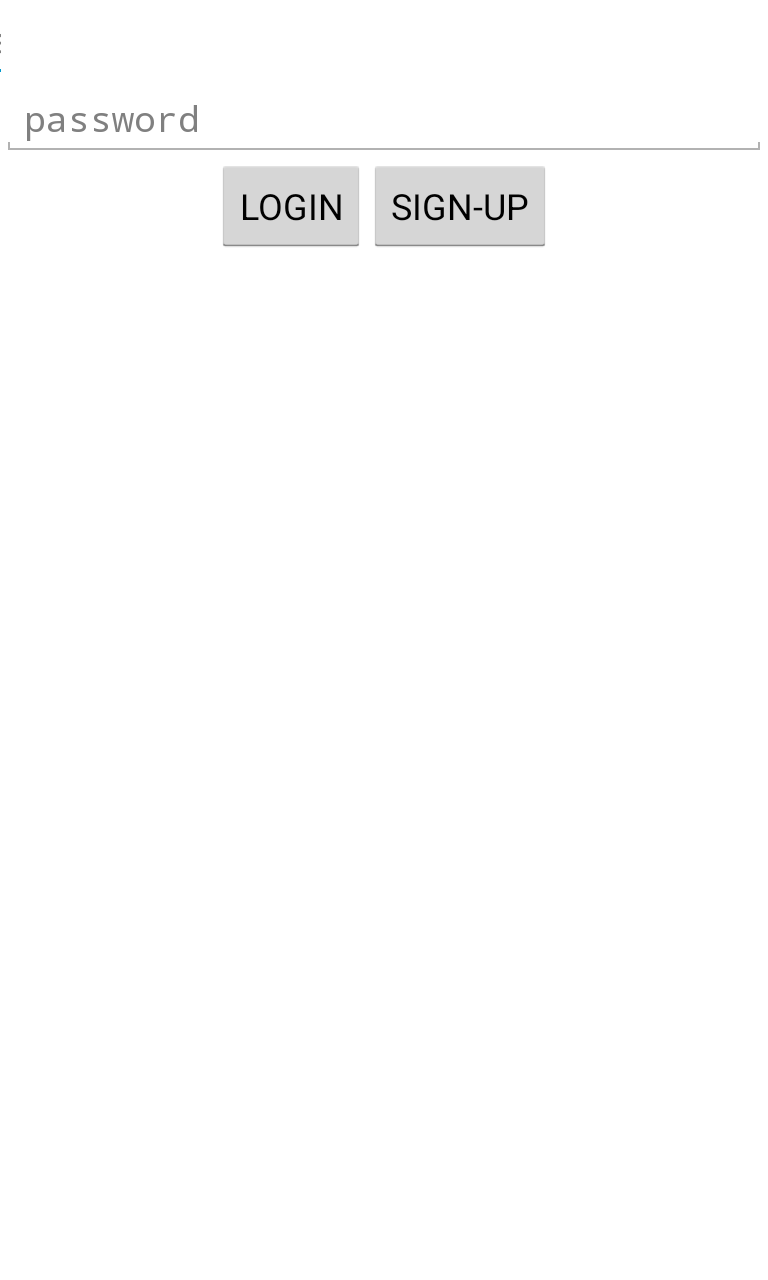
Repository: elvispap/The_Voice_of_People_Android_app
Layout: Voice of People/res/layout/login.xml
The author's editor kept a copy of each file at every save. The layout is drawn from the files as they stood at one save, then again after the next save.
It is drawn on a 768 x 1280 px phone screen (xhdpi) without system bars, with theme AppTheme; the app's code is not run.

Above is the layout before, as saved 2014-01-02 15:55:48.

### Voice of People/res/layout/login.xml
<?xml version="1.0" encoding="utf-8"?>
<LinearLayout xmlns:android="http://schemas.android.com/apk/res/android"
    android:layout_width="match_parent"
    android:layout_height="match_parent"
    android:orientation="vertical" >

    <EditText
        android:id="@+id/email"
        android:layout_width="70%"
        android:layout_height="wrap_content"
        android:ems="10"
        android:hint="email"
        android:inputType="textEmailAddress" >

        <requestFocus />
    </EditText>

    <EditText
        android:id="@+id/password"
        android:layout_width="match_parent"
        android:layout_height="wrap_content"
        android:ems="10"
        android:hint="password"
        android:inputType="textPassword" />

    <LinearLayout
    	    android:orientation="horizontal"
    	    android:layout_width="wrap_content"
       	    android:layout_height="wrap_content"
    	    android:layout_gravity="center">
    	 <Button
	        android:id="@+id/login_button"
	        android:layout_width="wrap_content"
	        android:layout_height="wrap_content"
	        android:text="LOGIN" />

	    <Button
	        android:id="@+id/signup_button"
	        android:layout_width="wrap_content"
	        android:layout_height="wrap_content"
	        android:text="SIGN-UP" />
    </LinearLayout>


</LinearLayout>

Loaded but not shown: Voice of People/res/values/styles.xml (common file); Voice of People/res/values-v11/styles.xml (common file); Voice of People/res/values-v14/styles.xml (common file)

After the next save:
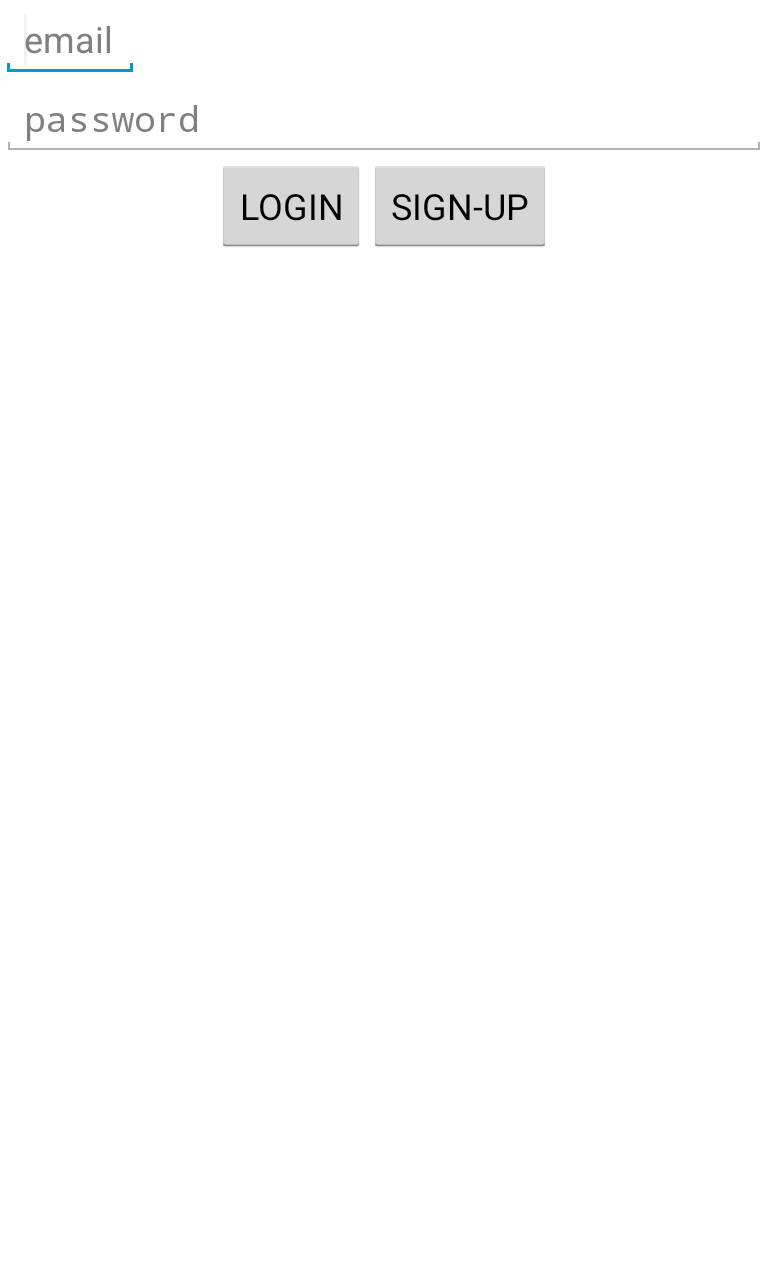
Saved 2 min 40 s later.
--- a/Voice of People/res/layout/login.xml
+++ b/Voice of People/res/layout/login.xml
@@ -6,7 +6,7 @@
 
     <EditText
         android:id="@+id/email"
-        android:layout_width="70%"
+        android:layout_width="70dp"
         android:layout_height="wrap_content"
         android:ems="10"
         android:hint="email"
